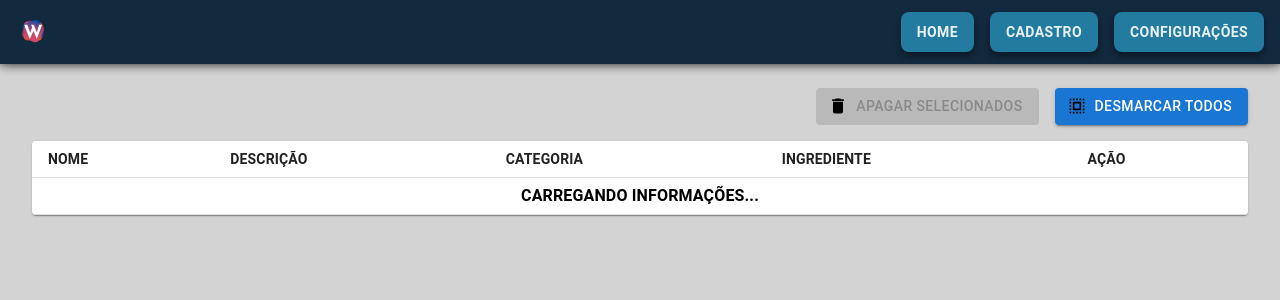
Repository: oZanella/projeto_windel_web_CRM
Page: /
The author's editor kept a copy of each file at every save. The page is drawn from the files as they stood at one save, then again after the next save.
The browser window is 1280 px wide. The pictures show the whole page.
The page's requests for data from a server got no answer. The project was rebuilt for these pictures with package versions that can differ from the ones it lists, and the page was loaded fresh each time. No one was signed in, and anything a server would have sent is missing. Also part of the build but not shown: vite.config.js, src/routes/Configuracoes.jsx. Imported but missing from the stored project, and not drawn on this page: src/routes/Cadastro.jsx.

Above is the page before, as saved 2024-08-19 10:37:45.

After the next save:
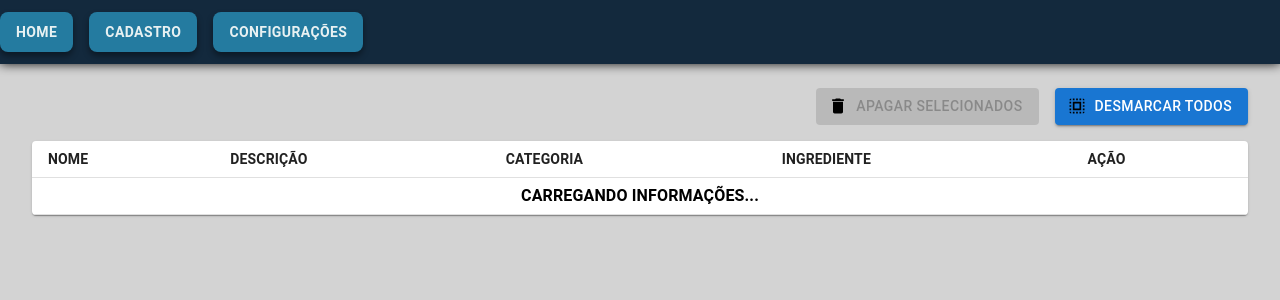
Saved 7 s later.
--- a/src/components/Header.jsx
+++ b/src/components/Header.jsx
@@ -30,20 +30,6 @@ export const Header = () => {
           boxSizing: 'border-box',
         }}
       >
-        {/* Logo da principal */}
-        <IconButton
-          to={`/home`}
-          edge="start"
-          sx={{
-            ml: { xs: 0 },
-            cursor: 'default',
-          }}
-          component={Link}
-          aria-label="logo"
-        >
-          <img src={Logo} alt="Logo" style={{ width: '50px', height: '40px' }} />
-        </IconButton>
-
 
         {/* Botões */}
         <Box
